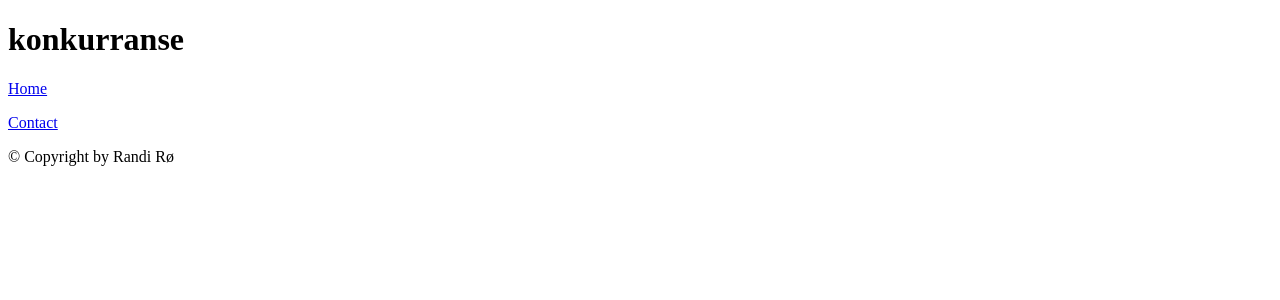
Repository: mesan/css-kurs
Page: kode/wroom/html-snippets/konkurranse.html
An editor plug-in stored every save of this project. The page is shown before and after the next save, followed by the edit.
The browser window is 1280 px wide. The pictures show the whole page.

Above is the page before, as saved 2013-01-10 18:46:41.

### kode/wroom/html-snippets/konkurranse.html
<!DOCTYPE html>
<html lang="en">
	<head>
		<meta charset="utf-8" />

		<!-- Always force latest IE rendering engine (even in intranet) & Chrome Frame
		Remove this if you use the .htaccess -->
		<meta http-equiv="X-UA-Compatible" content="IE=edge,chrome=1" />

		<title>konkurranse</title>
		<meta name="description" content="" />
		<meta name="author" content="Randi Rø" />

		<meta name="viewport" content="width=device-width; initial-scale=1.0" />

		<!-- Replace favicon.ico & apple-touch-icon.png in the root of your domain and delete these references -->
		<link rel="shortcut icon" href="/favicon.ico" />
		<link rel="apple-touch-icon" href="/apple-touch-icon.png" />
	</head>

	<body>
		<div>
			<header>
				<h1>konkurranse</h1>
			</header>
			<nav>
				<p>
					<a href="/">Home</a>
				</p>
				<p>
					<a href="/contact">Contact</a>
				</p>
			</nav>

			<div>

			</div>

			<footer>
				<p>
					&copy; Copyright  by Randi Rø
				</p>
			</footer>
		</div>
	</body>
</html>

After the next save:
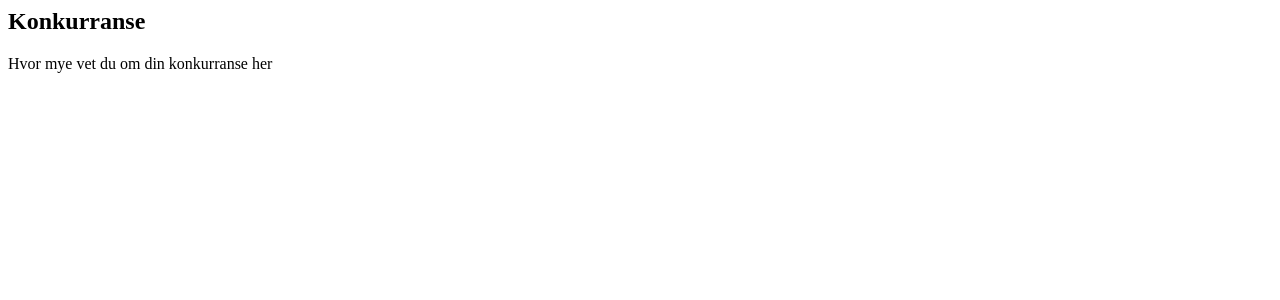
Saved 4 min 42 s later.
--- a/kode/wroom/html-snippets/konkurranse.html
+++ b/kode/wroom/html-snippets/konkurranse.html
@@ -1,46 +1,12 @@
-<!DOCTYPE html>
-<html lang="en">
-	<head>
-		<meta charset="utf-8" />
-
-		<!-- Always force latest IE rendering engine (even in intranet) & Chrome Frame
-		Remove this if you use the .htaccess -->
-		<meta http-equiv="X-UA-Compatible" content="IE=edge,chrome=1" />
-
-		<title>konkurranse</title>
-		<meta name="description" content="" />
-		<meta name="author" content="Randi Rø" />
-
-		<meta name="viewport" content="width=device-width; initial-scale=1.0" />
-
-		<!-- Replace favicon.ico & apple-touch-icon.png in the root of your domain and delete these references -->
-		<link rel="shortcut icon" href="/favicon.ico" />
-		<link rel="apple-touch-icon" href="/apple-touch-icon.png" />
-	</head>
-
-	<body>
-		<div>
+<!-- Utgangspunkt for et mulig innholdselement -->
+		<aside>
 			<header>
-				<h1>konkurranse</h1>
+				<h1>Konkurranse</h1>
+				<p>Hvor mye vet du om <span>din konkurranse her</span></p>
 			</header>
-			<nav>
-				<p>
-					<a href="/">Home</a>
-				</p>
-				<p>
-					<a href="/contact">Contact</a>
-				</p>
-			</nav>
 
 			<div>
 
 			</div>
 
-			<footer>
-				<p>
-					&copy; Copyright  by Randi Rø
-				</p>
-			</footer>
-		</div>
-	</body>
-</html>
+		</aside>
